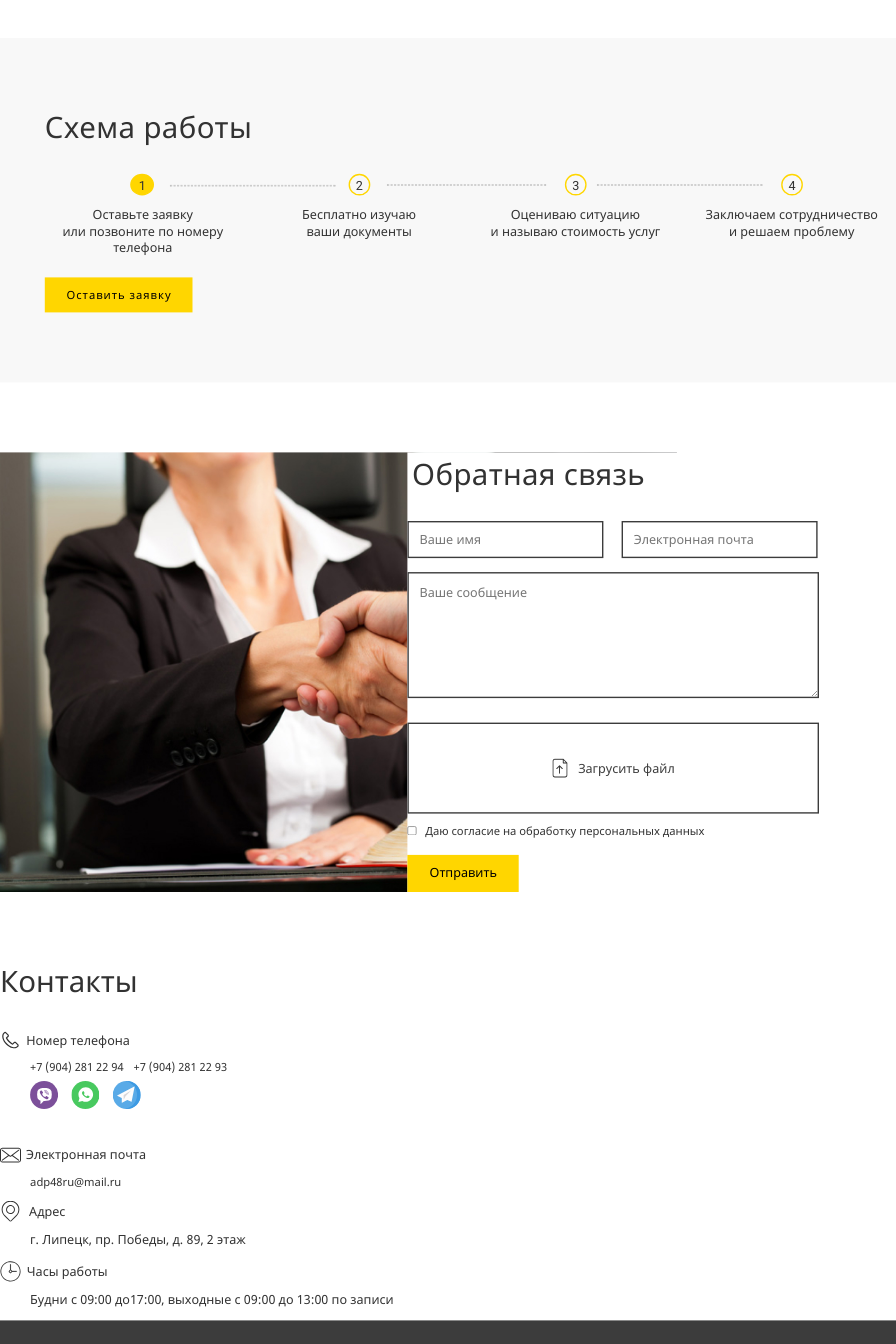
Repository: Nisovaki/antei
Page: http://localhost/
The author's editor kept a copy of each file at every save. The page is drawn from the files as they stood at one save, then again after the next save.
The browser window is 1280 px wide. The pictures show the part of the page from y = 4065 to 5985 px (the page is 6035 px tall), at 70% of full size.
The page is run by PHP 8.4 with error messages shown; the project is at /var/www/html/. Style sheets and scripts are compiled from the project's sources, by tool versions that may differ from the author's.

Above is the page before, as saved 2022-03-19 12:23:20.

### index.html
<!DOCTYPE html>
<html lang="ru">
<head>
	<meta charset="UTF-8">
	<meta http-equiv="X-UA-Compatible" content="IE=edge">
	<meta name="viewport" content="width=1440"/>
	<link rel="stylesheet" href="css/style.css">
	<link rel="preconnect" href="https://fonts.googleapis.com">
	<link rel="preconnect" href="https://fonts.gstatic.com" crossorigin>
	<link href="https://fonts.googleapis.com/css2?family=Roboto&display=swap" rel="stylesheet">
	<title>Услуги юриста</title>
</head>
<body>
	<navbar class="navbar">
		<div class="container">
			<div class="navbar-block">
				<ul class="navbar-list">
					<li class="navbar-item"><a href="#" class="navbar-link">Услуги</a></li>
					<li class="navbar-item"><a href="#" class="navbar-link">Банкротство граждан</a></li>
					<li class="navbar-item"><a href="#" class="navbar-link">Схема работы</a></li>
					<li class="navbar-item"><a href="#" class="navbar-link">Обратная связь</a></li>
				</ul>
				<div class="navbar-tel"><a href="tel:+79042812294" class="navbar-link">+7 (904) 281 22 94</a></div>
				<div class="navbar-address">г. Липецк, пр. Победы, д. 89</div>
			</div>
   </div>
	</navbar>

	<header class="header">
		<div class="container">
			<div class="header-block">
				<h1 class="header-block__title">Услуги юриста</h1>
				<div class="header-block__text">
					Ведение дел осуществляется как по г. Липецку, так и по его Области, возможно дистанционное составление документов
					в других городах
				</div>

				<ul class="header-block__list">
					<li class="icons header-block__item"><span class="icons__check"> Бесплатная консультация</span></li>
					<li class="icons header-block__item"><span class="icons__check"> Для клиентов пенсионного возраста скидки</span></li>
					<li class="icons header-block__item"><span class="icons__check"> Банкротство граждан, скидки для людей со&nbsp;льготами</span></li>
					<li class="icons header-block__item"><span class="icons__check"> В некоторых случаях возможно списать задолжность без подачи заявления на&nbsp;банкротство гарждан</span></li>
				</ul>

				<button class="button header__button">Решить проблему</button>
			</div>
		</div>
	</header>

	<section class="biography">
		<div class="container">
			<div class="author">
				<div class="author-img">
					<img src="img/biography/author.png" alt="Фотография: Богословский Дмитрий Михайлович" class="biography-author">
				</div>
				<div class="author-block">
					<h2 class="title biography-title">Богословский Дмитрий Михайлович</h2>
					<div class="biography-block">
						<div class="biography-subtitle"><span class="biography-subtitle__elipse"></span> Окончил МОУ ВО</div>
						<div class="biography-text">В 2015 году окончил МОУ ВО «Институт правa<br>и экономики» по специальности Юриспруденция,<br> с
							присвоением квалификации Юрист</div>
						<div class="biography-subtitle"><span class="biography-subtitle__elipse"></span> Работал в налоговой службе</div>
						<div class="biography-text">Работал в инспекции федеральной налоговой службе, суде, паралельно осваивая процедуру
							банкротства физических лиц</div>
						<div class="biography-subtitle"><span class="biography-subtitle__elipse"></span> Имею опыт в процедуре банкротства
						</div>
						<div class="biography-text">Имею опыт списания долгов по процедуре банкротства в арбитражном суде, с присвоением
							статуса банкрота</div>
					</div>
				</div>
			</div>
		</div>
	</section>
	<section class="services">
		<div class="container">
			<h2 class="title services__title">Услуги</h2>
			<div class="services-block">
				<div class="services-block__item">
					<h3 class="services-block__title">Гражданские дела</h3>
					<ul class="services-block__list">
						<li class="icons services-block__cell">Гражданские споры</li>
						<li class="icons services-block__cell">Банкротство физических лиц</li>
						<li class="icons services-block__cell">Жилищные и трудовые споры</li>
						<li class="icons services-block__cell">Споры по кредитам частичное списание (индивидуально)</li>
						<li class="icons services-block__cell">Страховые вопросы</li>
						<li class="icons services-block__cell">Возмещение морального вреда, (составление претензий, жалоб, исковых заявлений, представительство в суде)</li>
					</ul>
				</div>

				<div class="services-block__item">
					<h3 class="services-block__title">Административные и&nbsp;арбитражные дела</h3>
					<ul class="services-block__list">
						<li class="icons services-block__cell">Споры, возникающие с органами испольнительной власти</li>
						<li class="icons services-block__cell">Досудебный порядок регулирования</li>
						<li class="icons services-block__cell">Составление претензий, жалоб, искового заявления</li>
						<li class="icons services-block__cell">Ознакомление с материалами дела</li>
						<li class="icons services-block__cell">Представительство в судах</li>
					</ul>
				</div>

				<div class="services-block__item">
					<h3 class="services-block__title">Банкротство физических лиц</h3>
					<p class="services-block__text">К сожалению, гражданам не всегда удаётся своевременно погасить образовавшиеся задолженности<br> по многим причинам — потеря<br>
					работы, заболевание, требующее срочного лечения и т.д., однако<br> выход есть всегда, это Банкротство физичсекого лица</p>
					<a href="#" class="services-block__link">Узнать подробнее
						<img src="img/services/arrow.svg" alt="стрелка" class="services-block__img-1">
						<img src="img/services/arrow.svg" alt="стрелка" class="services-block__img-2">
					</a>
				</div>
			</div>
			<div class="services__wrapper">
				<button class="button services__button"><a href="#" class="services__button-link">Обратиться за помощью</a></button>
			</div>
		</div>
	</section>

	<section class="algorithm">
		<div class="container">
			<div class="algorithm-block">
				<div class="algorithm-block__item-1">
					<h2 class="title algorithm-block__title">Наш алгоритм действий</h2>
					<ol class="algorithm-block__list">
						<li class="algorithm-block__cell algorithm-block__cell-color"><div class="algorithm-block__element"></div> Изучение дела</li>
						<li class="algorithm-block__cell"><div class="algorithm-block__element"></div> Выработка стратегии</li>
						<li class="algorithm-block__cell"><div class="algorithm-block__element"></div> Претензионная работа</li>
						<li class="algorithm-block__cell"><div class="algorithm-block__element"></div> Подготовка пиьменной позиции</li>
						<li class="algorithm-block__cell"><div class="algorithm-block__element"></div> Наложение обеспечительных мер</li>
						<li class="algorithm-block__cell"><div class="algorithm-block__element"></div> Сбор доказательств</li>
						<li class="algorithm-block__cell"><div class="algorithm-block__element"></div> Представление интересов клиента в суде</li>
						<li class="algorithm-block__cell"> В случае обжалования решения суда первой инстанции — подготовка апелляционной и&nbsp;кассационной жалобы</li>
					</ol>
				</div>
				<div class="algorithm-block__item-2"><img src="img/algorithm/algorithm-img.jpg" alt="img: algorithm-block__img" class="algorithm-block__img"></div>
			</div>
		</div>
	</section>

	<section class="smash">
		<div class="container">
			<h2 class="title smash__title">Банкротство граждан</h2>
			<p class="smash__text">Это прозрачный и законный способ списания долгов (кредитов, займов, микрозаймов, долговых расписок) для гражданина,
			который регулируется Федеральным законом «О несостоятельности (банкротстве)»<br> от 26.10.2002 N 127-ФЗ (последняя редакция)</p>

			<div class="smash-wrapper">
				<div class="smash-wrapper__item smash-wrapper__item--indent-1">
					<div class="smash-wrapper__num">1</div>
					<div class="smash-wrapper__title">Консультация</div>
					<div class="smash-wrapper__text">Квалифицированные специалисты с многолетним опытом, помогают клиенту соориентироваться необходима ли для него процедура
					банкротства, каковы плюсы и минусы, есть ли ограничения,<br>каков предполагаемый результат на стадии<br> анализа.
  					</div>
				</div>

				<div class="smash-arrow__right"><img src="img/smash/arrow_right.svg" alt="arrow_right"></div>

				<div class="smash-wrapper__item smash-wrapper__item--indent-2">
					<div class="smash-wrapper__num">2</div>
					<div class="smash-wrapper__title">Составление перечьня докуметов</div>
					<div class="smash-wrapper__text">Составление необходимого перечьня документов, при необходимости восстановления справок, договоров, для предоставления
					юристу, при составлении Заявление о признании должника несостоятельным (банкротом), с пошаговым объяснением клиенту, для
					чего тот или иной абзац.
					</div>
				</div>

				<div class="smash-arrow__bottom"><img src="img/smash/arrow_bottom .svg" alt="arrow_bottom"></div>

				<div class="smash-wrapper__item smash-wrapper__item--indent-3">
					<div class="smash-wrapper__num">3</div>
					<div class="smash-wrapper__title">Подача заявления</div>
					<div class="smash-wrapper__text">Подача заявления в Арбитражный суд и представительство его интересов в суде по<br> данному делу, процедура списания долгов,
					при которой можно вздохнуть спокойно и<br> наслаждаться жизнью.
					</div>
				</div>
			</div>
			<!-- /.smash-wrapper -->
		</div>
		<!-- /. container -->
	</section>

	<section class="scheme">
		<div class="container">
			<h2 class="title scheme__title">Схема работы</h2>
			<div class="scheme-wrapper">
				<div class="scheme-wrapper__item">
					<div class="scheme-wrapper--dotted-1"></div>
					<div class="scheme-wrapper__num scheme-wrapper__num--color">1</div>
					<p class="scheme-wrapper__text">Оставьте заявку <br>или позвоните по номеру телефона</p>
				</div>
				<!-- /.scheme-wrapper__item -->
				<div class="scheme-wrapper__item">
					<div class="scheme-wrapper--dotted-2"></div>
					<div class="scheme-wrapper__num scheme-wrapper__num-2">2</div>
					<p class="scheme-wrapper__text">Бесплатно изучаю <br>ваши документы</p>
				</div>
				<!-- /.scheme-wrapper__item -->
				<div class="scheme-wrapper__item">
					<div class="scheme-wrapper--dotted-3"></div>
					<div class="scheme-wrapper__num scheme-wrapper__num-3">3</div>
					<p class="scheme-wrapper__text">Оцениваю ситуацию<br> и называю стоимость услуг</p>
				</div>
				<!-- /.scheme-wrapper__item -->
				<div class="scheme-wrapper__item">
					<div class="scheme-wrapper__num scheme-wrapper__num-4">4</div>
					<p class="scheme-wrapper__text">Заключаем сотрудничество и решаем проблему</p>
				</div>
				<!-- /.scheme-wrapper__item -->
			</div>
			<!-- /.scheme-wrapper -->
			<button class="button scheme__button">Оставить заявку</button>
		</div>
		<!-- /.container -->
	</section>
	<!-- /.scheme -->
    <section class="feedback">
		<div class="container">
			<div class="feedback-block">
				<div class="feedback-block__title">Обратная связь</div>
				<form action="send.php" method="post" class="feedback-form">
					<div class="feedback-input">
						<input type="text" placeholder="Ваше имя" class="feedback__input" name="name">
						<input type="text" placeholder="Электронная почта" class="feedback__input" name="email">
					</div>
					<textarea name="message" placeholder="Ваше сообщение" class="feedback__message"></textarea>
					<div class="feedback__wrapper">
						<input type="file" name="file" type="file" name="file" id="input__file" multiple class="feedback__file">
						<label for="input__file" class="feedback__file-button">
							<span class="feedback__file-button-text">
								<img src="img/feedback/file.svg" alt="файл">
								Загрусить файл
							</span>
						</label>
					</div>
					<div class="feedback__agreemet">
						<input type="checkbox" class="feedback__checkbox">
						<span class="feedback__text">Даю согласие на обработку персональных данных</span>
					</div>
					<button class="feedback__button">Отправить</button>
				</form>
			</div>
		</div>
	</section>

	<footer class="footer">
		<div class="container">
			<div class="footer-contacts">
				<h2 class="title footer__title">Контакты</h2>
				<div class="footer-contacts__item">
					<h3 class="footer-contacts__subtitle footer-contacts__subtitle--ml-1"><img src="img/footer/phone.svg" alt="icon: тефон" class="footer-contacts__icon-1">Номер телефона</h3>
					<a href="tel:+79042812294" class="footer-contacts__phone--ml1">+7 (904) 281 22 94</a>
					<a href="tel:+79042812293" class="footer-contacts__phone--ml2">+7 (904) 281 22 93</a>
					<div class="footer-contacts__block">
						<a href="" target="_blank"><img src="img/footer/viber.svg" alt="icon: viber" class="footer-contacts__icon"></a>
						<a href="" target="_blank"><img src="img/footer/watsapp.svg" alt="icon: watsapp" class="footer-contacts__icon"></a>
						<a href="" target="_blank"><img src="img/footer/telegram.svg" alt="icon: telegram" class="footer-contacts__icon"></a>
					</div>
					<p class="footer-contacts__subtitle footer-contacts__subtitle--ml-2"><img src="img/footer/email.svg" alt="icon: email" class="footer-contacts__icon-2"> Электронная почта</p>
					<a href="mailto:adp48ru@mail.ru" class="footer-contacts__email">adp48ru@mail.ru</a>
					<h3 class="footer-contacts__subtitle footer-contacts__subtitle--ml-3 "><img src="img/footer/map.svg" alt="icon: адрес" class="footer-contacts__icon-3"> Адрес</h3>
					<p class="footer-contacts__text">г. Липецк, пр. Победы, д. 89, 2 этаж</p>
					<h3 class="footer-contacts__subtitle footer-contacts__subtitle--ml-4"><img src="img/footer/clock.svg" alt="icon: режим работы" class="footer-contacts__icon-4"> Часы работы</h3>
					<p class="footer-contacts__text">Будни с 09:00 до17:00, выходные с 09:00 до 13:00 по записи</p>
				</div>

			</div>
			<!-- /.footer-contacts -->
			<div class="footer-map">

			</div>
			<!-- /.footer-map -->
		</div>
			<div class="footer-law">
				<div class="container">
					<p class="footer-law__text">© Все права защищены</p>
				</div>
			</div>

		<!-- /.container -->
	</footer>
	<!-- /.footer -->
</body>
</html>

### sass/style.sass
@import "_normalize.scss"
@import "_variables.sass"
@import "_settings.sass"
@import "_fonts.scss"
@import "block/_navbar.sass"
@import "block/_header.sass"
@import "block/_biography.sass"
@import "block/_services.sass"
@import "block/_algorithm.sass"
@import "block/_smash.sass"
@import "block/_feedback.sass"
@import "block/_footer.sass"
@import "block/_scheme.sass"

### sass/_variables.sass
$dark: #3C3C3C
$light: #FFFFFF
$txt-color: #323232
$btn-color: #FFD600
$fon-color: #F8F8F8
$dashed-color: #BABABA

### sass/_settings.sass
*
	box-sizing: border-box
body
	font-family: "Noto Sans", sans-serif
	font-weight: 400
	color: $txt-color
img
	max-width: 100%
.container
	max-width: 1320px
	margin: auto
.icons
	list-style-image: url(../img/header/Vector.svg)
	&__check
		position: relative
		left: 10px
.button
	padding: 15px 30px
	background-color: $btn-color
	border: none
	cursor: pointer
.title
	font-weight: 500
	font-size: 42px
	line-height: 130%
@media (max-width: 1200px)
	br
		display: none

### sass/_fonts.scss
@font-face {
  font-family: "Noto Sans bold";
  src: url("../fonts/NotoSans-Bold.woff2") format("woff2"),
    url("../fonts/NotoSans-Bold.woff") format("woff");
  font-weight: bold;
  font-style: normal;
  font-display: swap;
}

@font-face {
  font-family: "Noto Sans";
  src: url("../fonts/NotoSans.woff2") format("woff2"),
    url("../fonts/NotoSans.woff") format("woff");
  font-weight: normal;
  font-style: normal;
  font-display: swap;
}

### sass/block/_navbar.sass
.navbar
	display: block
	font-family: 'Roboto', sans-serif
	background-color: $dark
	color: $light
	padding: 37px 0 35px 0
	font-size: 18px
	line-height: 130%
	&-block
		display: flex
		justify-content: space-between
		margin-left: 5%
	&-list
		display: flex
		justify-content: space-between
		align-items: center
		margin: 0
		padding: 0
		flex-basis: 49.2%
	&-item
		list-style: none
	&-link
		color: inherit
		text-decoration: none
	&-address
		margin-right: 3.8%
		letter-spacing: 0.4px

### sass/block/_header.sass
.header
	padding: 100px 0
	background: url(../img/header/fon-img.jpg)
	background-repeat: no-repeat
	background-size: contain
	background-position: center right
	position: relative
	&::before
		content: ''
		width: 44.8%
		height: 100%
		position: absolute
		top: 0
		left: 0
		background-color: #ffffff
	&-block
		width: 45%
		position: relative
		margin-right: 50px
		margin-left: 5%
		&__list
			margin: 0
			padding: 0
			padding-left: 28px
		&__text
			width: 430px
			font-size: 18px
			line-height: 129%
			margin-bottom: 30px
		&__item
			margin-bottom: 15px
			width: 405px
			font-size: 18px
			line-height: 128%
		&__title
			font-weight: 600
			font-size: 52px
			line-height: 130%
			margin: 0
			margin-bottom: 30px
			letter-spacing: 1.5px
	&__button
		margin-top: 15px
		padding: 16px 29px 17px 31px
		letter-spacing: 1.4px

### sass/block/_biography.sass
.biography
	padding-top: 100px
	background-color: $fon-color
	&-title
		letter-spacing: 0.6px
		width: 475px
		margin: 0
		margin-bottom: 40px
		margin-top: 2px
	&-subtitle
		font-weight: 600
		font-size: 20px
		line-height: 130%
		margin-bottom: 15px
		letter-spacing: 0.5px
		&__elipse
			display: inline-block
			width: 16px
			height: 16px
			background-color: $btn-color
			border-radius: 50%
			margin-right: 9px
	&-text
		font-size: 18px
		line-height: 128%
		width: 487px
		margin-bottom: 30px
.author
	display: flex
	justify-content: flex-end
	&-img
		flex-basis: 49.5%
		margin-left: 184px
	&-block
		flex-basis: 70%

### sass/block/_algorithm.sass
.algorithm
    padding: 100px 0 70px 0
    background-color: $fon-color
    &-block
        display: flex
        position: relative
        &__item-1
            width: 515px
            margin-left: 12.8%
        &__title
            width: 382px
            display: inline-block
            margin: 0
            margin-bottom: 40px
            letter-spacing: 0.5px
        &__cell-color
            &::before
                background-color: $btn-color
        &__element
            position: absolute
            top: 33px
            left: 17px
            width: 0px
            height: 34px
            border: 1px dashed $dashed-color
        &__img
            max-width: inherit
ol
    list-style: none
    width: 445px
    font-size: 17px
    font-weight: 400
    padding: 0
    margin: 0
    li
        counter-increment: num
        margin: 0
        padding: 7px 0 35px 44px
        position: relative
        line-height: 125%
        letter-spacing: 0.5px
        &::marker
            display: none
        &::before
            content: counter(num)
            display: inline-block
            position: absolute
            top: 0
            left: 0
            background: #fff
            color: $dark
            text-align: center
            font-size: 18px
            padding: 6px 12px 6px 9px
            border: 1px solid $btn-color
            border-radius: 50%

### sass/block/_feedback.sass
.feedback
  margin: 100px 0
  background: url(../img/feedback/feedback-fon.jpg)
  background-repeat: no-repeat
  background-size: contain
  background-position: center left
  position: relative
  &::before
    content: ''
    width: 54.5%
    height: 100%
    position: absolute
    top: 0
    right: 0
    background-color: #ffffff
  &-block
    display: flex
    flex-direction: column
    width: 100%
    position: relative
    align-items: flex-end
    &__title
      display: block
      font-style: normal
      font-weight: 500
      font-size: 42px
      line-height: 130%
      margin-bottom: 40px
      margin-right: 28%
      margin-top: 3px
      letter-spacing: 0.5px
  &-form
    display: flex
    flex-direction: column
    margin-right: 7%
  &__input
    padding: 15px
    border: 2px solid $dark
    font-style: normal
    font-weight: 400
    font-size: 18px
    line-height: 130%
    width: 280px
    height: 53px
    margin-right: 22px
    margin-bottom: 20px
    &::focus
      outline-color: $btn-color
  &__message
    padding: 15px
    border: 2px solid $dark
    font-style: normal
    font-weight: 400
    font-size: 18px
    line-height: 130%
    width: 588px
    height: 180px
    margin-bottom: 20px
  &__button
    font-style: normal
    font-weight: 500
    font-size: 18px
    border: none
    line-height: 130%
    background: $btn-color
    width: 159px
    height: 53px
  &__wrapper
    width: 100%
    position: relative
    margin: 15px 0
    text-align: center
  &__file
    opacity: 0
    visibility: hidden
    position: absolute
    &-button
      width: 588px
      height: 130px
      border: 2px solid $dark
      background: #ffffff
      color: $dark
      font-weight: 400
      font-size: 18px
      line-height: 130%
      display: flex
      cursor: pointer
      &-text
        line-height: 1
        margin: auto
        display: flex
        align-items: center
        width: 30%
        justify-content: space-between
  &__text
    display: inline-block
    font-style: normal
    font-weight: 400
    font-size: 16px
    line-height: 130%
    margin-bottom: 23px
    margin-left: 8px

### sass/block/_footer.sass
.footer
	&__title
		font-style: normal
		font-weight: 500
		font-size: 42px
		line-height: 130%
		margin-top: 0
		margin-bottom: 43px
	&__item
		display: flex
	&-contacts
		&__block
			margin-left: 43px
			margin-top: 10px
		&__subtitle
			display: flex
			justify-content: space-between
			align-items: center
			font-style: normal
			font-weight: 400
			font-size: 18px
			line-height: 130%
			margin-bottom: 14px
			&--ml-1
				width: 14.5%
			&--ml-2
				display: flex
				justify-content: space-between
				align-items: center
				width: 16.3%
			&--ml-3
				width: 7.3%
			&--ml-4
				width: 12%
		&__phone
			font-style: normal
			font-weight: 500
			font-size: 18px
			line-height: 130%
			color: inherit
			text-decoration: none
			margin-bottom: 10px
			&--ml1
				text-decoration: none
				margin-left: 43px
				color: inherit
			&--ml2
				margin-left: 10px
				color: inherit
				text-decoration: none
		&__text
			font-style: normal
			font-weight: 400
			font-size: 18px
			line-height: 130%
			color: inherit
			margin-left: 43px
			margin-top: 0
			margin-bottom: 14px
		&__email
			color: inherit
			text-decoration: none
			margin-bottom: 30px
			margin-left: 43px
		&__icon
			margin-right: 15px
			margin-bottom: 30px
			width: 40px
			height: 40px
		&-map
			margin-bottom: 100px
	&-law
		width: 100%
		height: 83px
		background-color: $dark
		&__text
			text-align: center
			padding-top: 30px
			font-style: normal
			font-weight: 400
			font-size: 18px
			line-height: 130%
			color: $light

Loaded but not shown: sass/_normalize.scss (common file); img/smash/arrow_right.svg (3 lines, source omitted); img/smash/arrow_bottom .svg (3 lines, source omitted); img/footer/viber.svg (4 lines, source omitted); img/footer/email.svg (11 lines, source omitted); img/footer/clock.svg (4 lines, source omitted); img/footer/map.svg (4 lines, source omitted); img/footer/phone.svg (3 lines, source omitted); img/footer/watsapp.svg (4 lines, source omitted); img/footer/telegram.svg (45 lines, source omitted); img/feedback/file.svg (3 lines, source omitted); img/header/Vector.svg (3 lines, source omitted); img/services/arrow.svg (3 lines, source omitted); sass/block/_scheme.sass (72 lines, source omitted); sass/block/_services.sass (70 lines, source omitted); sass/block/_smash.sass (67 lines, source omitted)

After the next save:
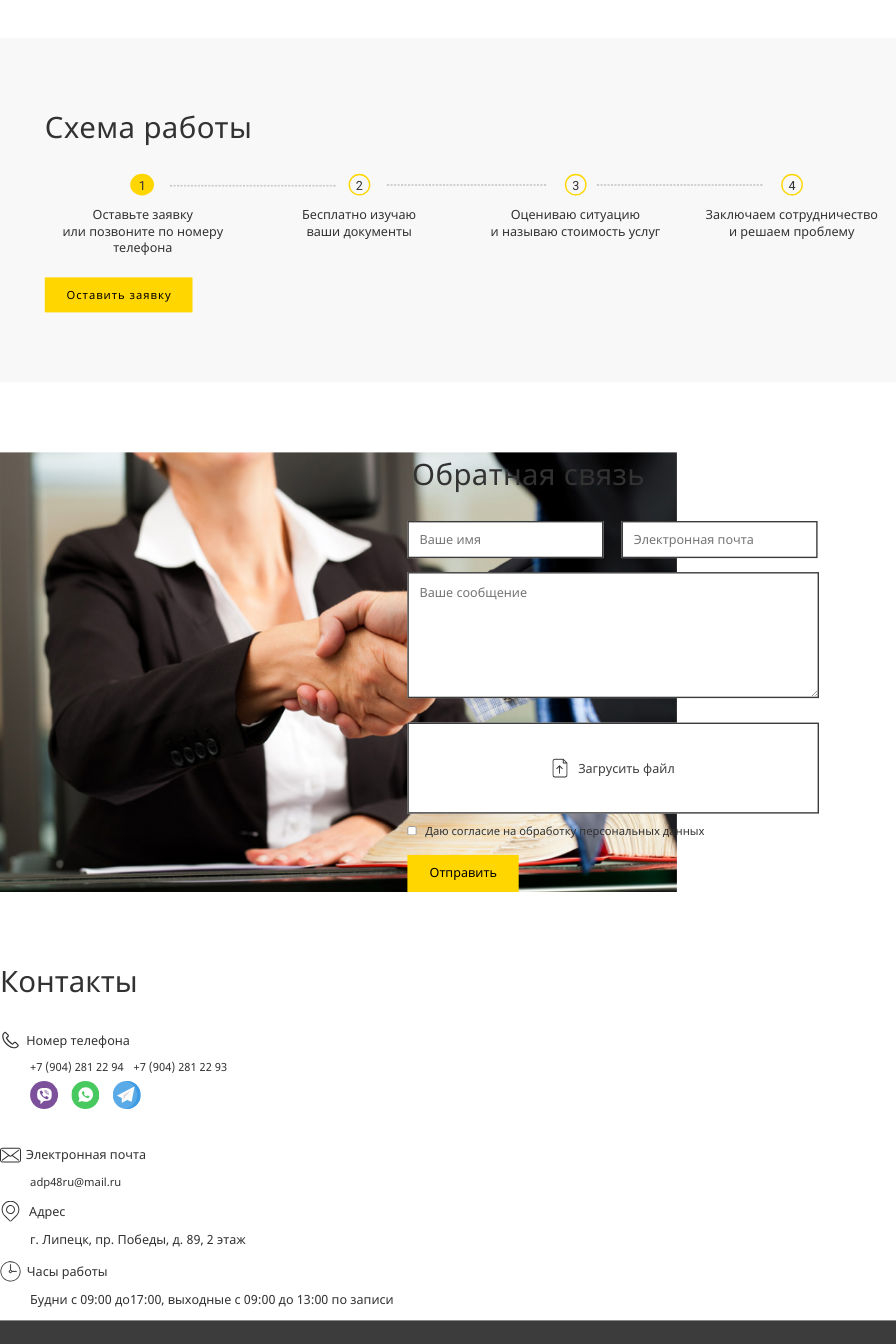
Saved 59 s later.
--- a/sass/block/_feedback.sass
+++ b/sass/block/_feedback.sass
@@ -7,7 +7,7 @@
   position: relative
   &::before
     content: ''
-    width: 54.5%
+    width: 50.3
     height: 100%
     position: absolute
     top: 0
